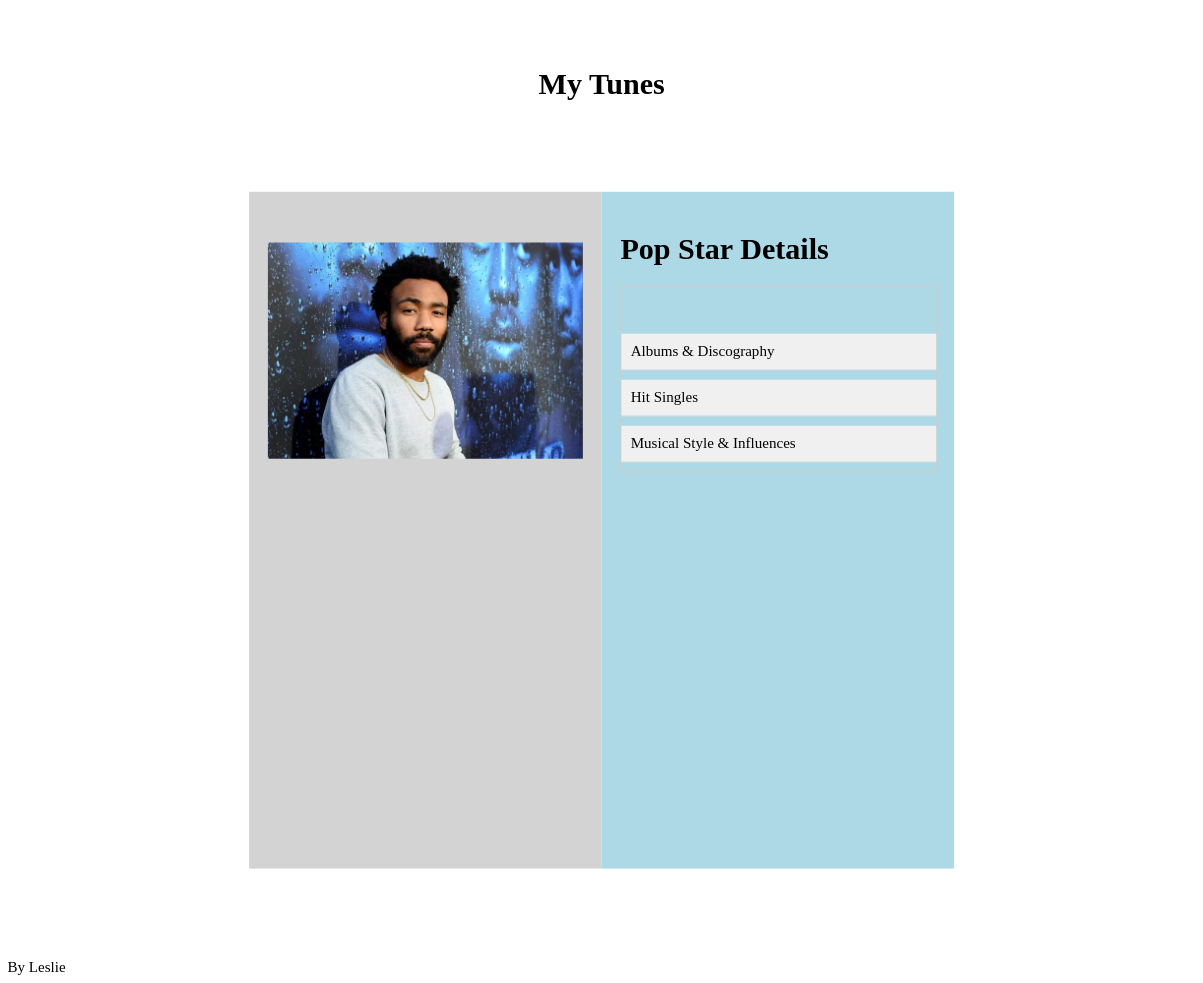
Repository: leslie179/labOne
Page: /
These files come from the project's save history. The page is drawn as it stood at one moment and after a run of saves; the edit follows.
The browser window is 1280 px wide. The pictures show the whole page, at 94% of full size.
The project was rebuilt for these pictures with package versions that can differ from the ones it lists, and the page was loaded fresh each time. The framework's server and built-in components were replaced by stand-ins that run in the browser. Also part of the build but not shown: next.config.js, components/Footer/Footer.module.css.

Above is the page before, as saved 2024-09-15 22:11:06.

### pages/index.js
import Head from 'next/head'
import styles from '@/styles/Home.module.css'
import Footer from '@/components/Footer'
import Header from '@/components/Header'
import LeftComponent from '@/components/LeftComponent'
import RightComponent from '@/components/RightComponent'

export default function Home() {
  return (
    <>
      <Head>
        <title>Create Next App</title>
        <meta name="description" content="Generated by create next app" />
        <meta name="viewport" content="width=device-width, initial-scale=1" />
        <link rel="icon" href="/favicon.ico" />
      </Head>
      <Header/>
      <main className={`${styles.main}`}>
      <div className={styles.container}>
      <div className={styles.left}>
                <LeftComponent />
            </div>
            <div className={styles.right}>
              <h1>Pop Star Details</h1>
                <RightComponent />
            </div>
            </div>
      </main>
      <Footer/>
    </>
  )
}

### pages/api/ExampleOne.js
import { useEffect, useState } from "react"
import Header from "@/components/Header"
import Footer from "@/components/Footer"
import Head from "next/head"

export default function ExampleOne() {
    const [number, setNumber] = useState(0);

    /** usually this will cause an infinite loop
     * so it is best to not do this incase your code breaks
     * code on pages will run two times.
     * Once to render what we want and another is to
     * render strict mode to find any common bugs
    */

    useEffect(() => {
            console.log(number);
    })

    /**
     * useEffect only runs when the pages loads
     */

    return(
        <>
            <Header/>
            <main>
                <h1>Example 1</h1>
                <div>Infinite loop</div>
                {number}
        </main>
        <Footer/>
        </>

    )
}

### pages/api/ExampleTwo.js
import { useEffect } from "react"
import Footer from "@/components/Footer"
import Header from "@/components/Header"

export default function ExampleTwo() {
    // The [] makes sure the useEffect only runs once

    /**
     * code on pages will run two times.
     * Once to render what we want and another is to
     * render strict mode to find any common bugs
    */

    useEffect(() => {
        console.log("RUN");
    }, [])

        return(
            <>
            <Header/>
            <main>
                    <h1>Example 2</h1>
            </main>
            <Footer/>
        </>
    )
}

### styles/globals.css
:root {


}

a {
  color: inherit;
  text-decoration: none;
}

### styles/Home.module.css
.main {
  display: flex;
  flex-direction: column;
  justify-content: space-between;
  align-items: center;
  padding: 6rem;
  min-height: 20vh;
}

.container {
  display: flex;
  width: 70%;
  height: 100vh;

}

.left, .right {
  width: 50%;
  padding: 20px;
  box-sizing: border-box;
}

.left {
  background-color: lightgray;
}

.right {
  background-color: lightblue;
}

### components/Footer/index.js
import styles from "./Footer.module.css"

export default function Footer() {
    return(
        <footer className={styles.Footer}>
            By Leslie
        </footer>
    )
}

### components/Header/index.js
import styles from './Header.module.css';


export default function Header() {
    return (
        <header className={styles.header}>
            <h1>My Tunes</h1>
        </header>
    );
}

### components/LeftComponent/index.js
import styles from './LeftComponent.module.css';

export default function LeftComponent() {
    return (
        <div>
            <img src="childish_icon.jpg" alt="Childish Icon" className={styles.image} />
        </div>
    );
}

### components/RightComponent/index.js
import { useState } from 'react';
import styles from './RightComponent.module.css';

export default function RightComponent() {
    const [activeIndex, setActiveIndex] = useState(null);

    const toggleAccordion = (index) => {
        setActiveIndex(activeIndex === index ? null : index);
    };

    const categories = [
        { title: 'Albums & Discography', content: 'Childish Gambino’s albums like *Camp*, *Because the Internet*, *"Awaken, My Love!"*, and *3.15.20* show his evolution in music.' },
        { title: 'Hit Singles', content: 'Notable singles include "3005," "Redbone," and "This Is America," which won Grammys for its cultural impact.' },
        { title: 'Musical Style & Influences', content: 'Gambino blends hip hop, soul, funk, and rock, drawing influence from Prince, OutKast, and more.' }
    ];

    return (
        <div className={styles.accordion}>
            {categories.map((category, index) => (
                <div key={index} className={styles.item}>
                    <div className={styles.title} onClick={() => toggleAccordion(index)}>
                        {category.title}
                    </div>
                    <div className={`${styles.content} ${activeIndex === index ? styles.show : ''}`}>
                        <p>{category.content}</p>
                    </div>
                </div>
            ))}
        </div>
    );
}

### components/Header/Header.module.css
.header {
    text-align: center;
    padding-top: 5%;
  }

  .header h1 {
    margin: 0;
    padding: 0;
    font-size: 2rem; /* Adjust as needed */
  }

### components/LeftComponent/LeftComponent.module.css
.left {
    width: 50%;
    background-color: lightgray;
    padding: 20px;
    box-sizing: border-box;
    height: 100vh;
    float: left;
}

.image{
    width: 100%;
    padding-top: 10%;
}

### components/RightComponent/RightComponent.module.css
.right {
    width: 50%;
    background-color: lightblue;
    padding: 20px;

    box-sizing: border-box;
    height: 100vh;
    float: right;
}
.accordion {
    border: 1px solid #ccc;
    width: 100%;
    padding-top: 15%;
}

.item {
    border-bottom: 1px solid #ddd;
    margin-bottom: 10px;
}

.title {
    cursor: pointer;
    padding: 10px;
    background-color: #f0f0f0;
}

.content {
    max-height: 0;
    overflow: hidden;
    transition: max-height 0.3s ease-out;
}

.show {
    max-height: 100px;
}

Loaded but not shown: pages/_app.js (common file); pages/_document.js (common file); pages/api/hello.js (common file)

After the next 3 saves:
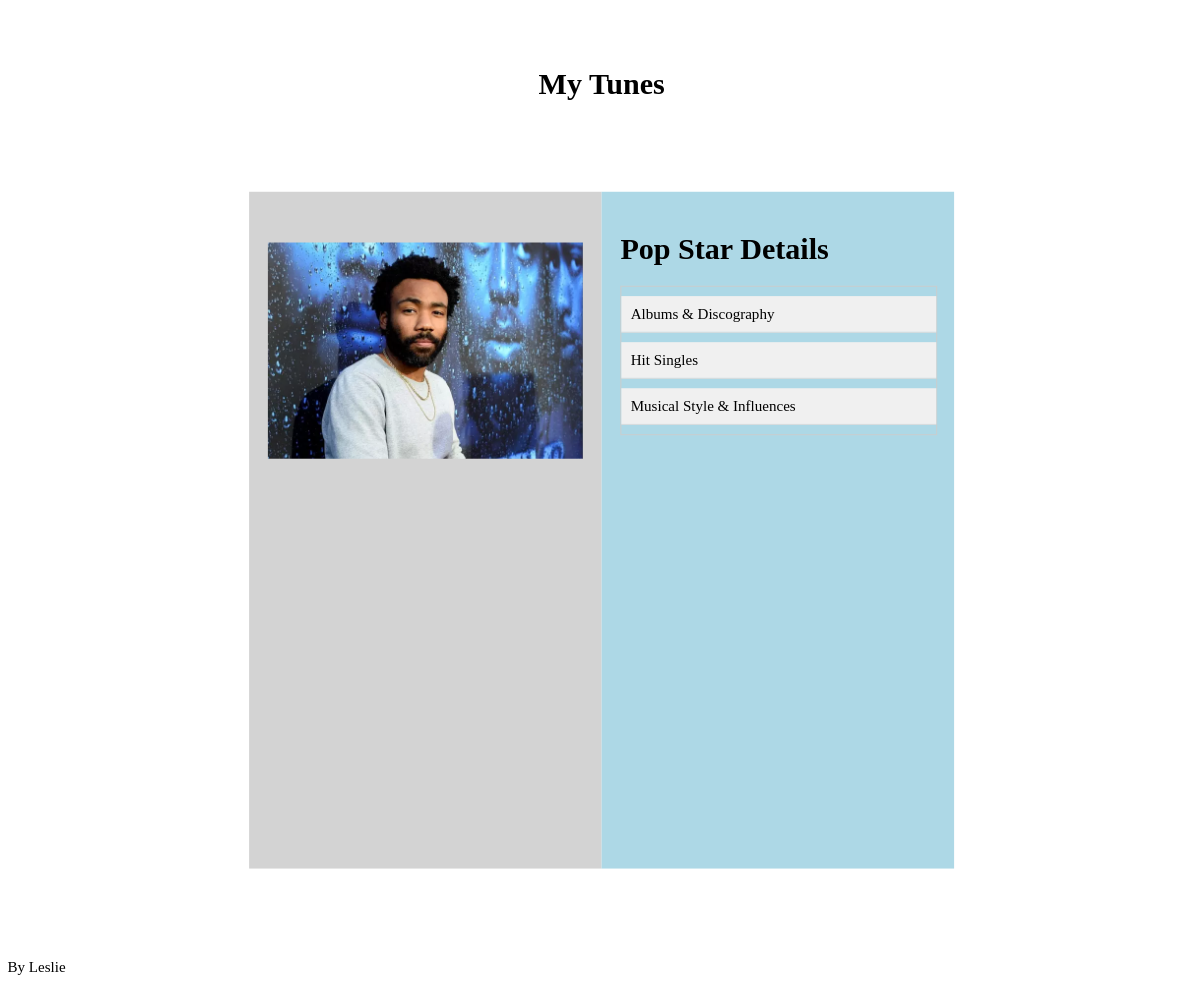
The 3 saves are shown as one change because they came seconds apart.
The last was saved 11 s later.
--- a/components/RightComponent/RightComponent.module.css
+++ b/components/RightComponent/RightComponent.module.css
@@ -10,7 +10,7 @@
 .accordion {
     border: 1px solid #ccc;
     width: 100%;
-    padding-top: 15%;
+    padding-top: 3%;
 }
 
 .item {
